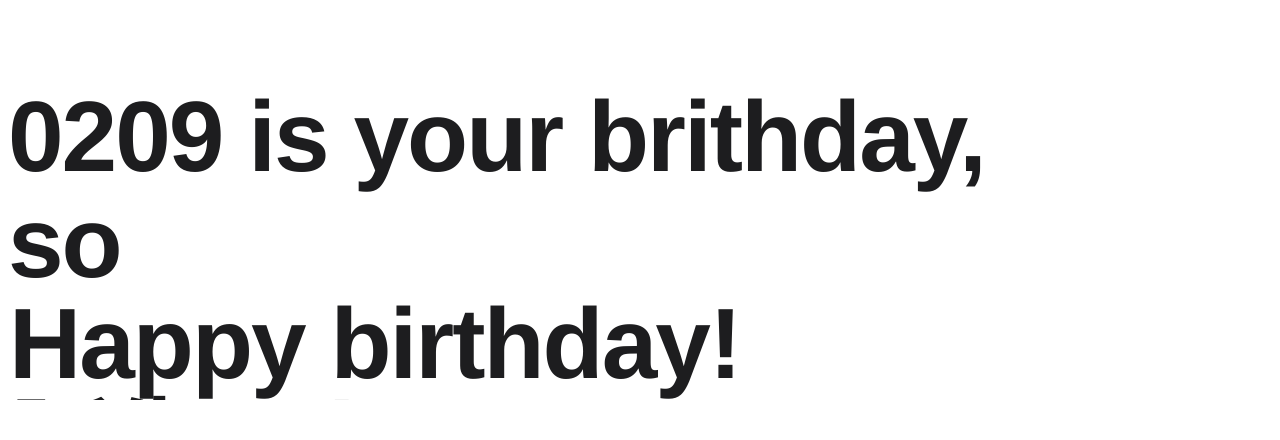
Repository: Caococos/02-09
Page: /
These files come from the project's save history. The page is drawn as it stood at one moment and after the next save; the edit follows.
The browser window is 1280 px wide. The pictures show the whole page.
The project was rebuilt for these pictures with package versions that can differ from the ones it lists, and the page was loaded fresh each time. Also part of the build but not shown: vue.config.js.

Above is the page before, as saved 2021-06-11 21:52:42.

After the next save:
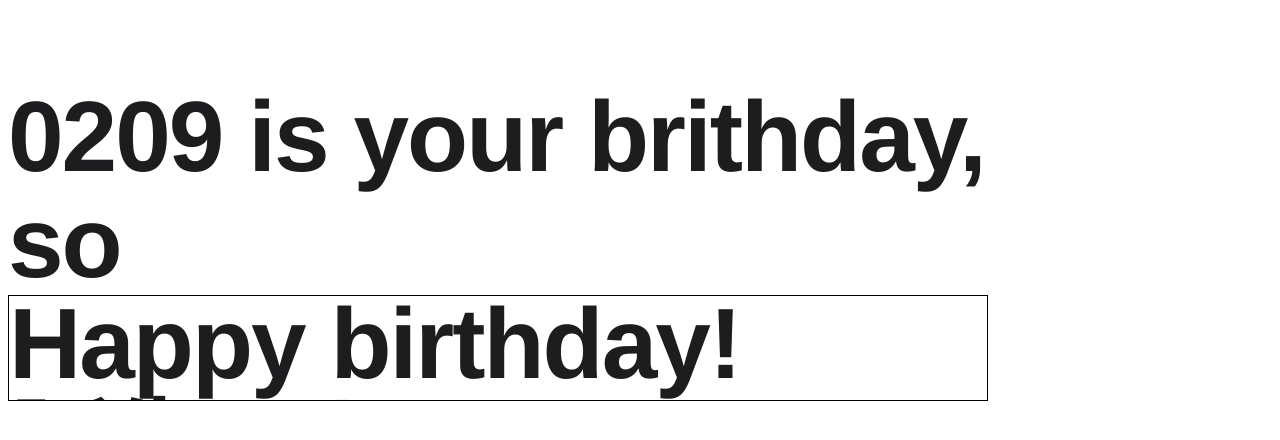
Saved 6 s later.
--- a/src/views/home/Home.vue
+++ b/src/views/home/Home.vue
@@ -31,7 +31,7 @@ h2 {
   height: 104px;
   position: relative;
   overflow: hidden;
-  border: 1px solid #fff;
+  border: 1px solid #000;
 }
 
 .mask span {
